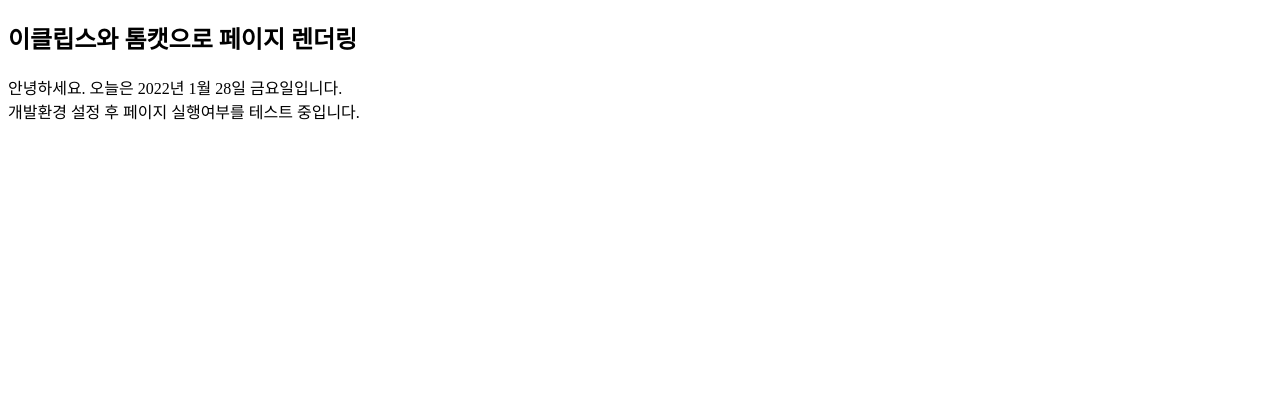
Repository: dev-leeJin/jsp-practice
Page: http://localhost/JSPBasic/Hello.jsp
An editor plug-in stored every save of this project. The page is shown before and after the next save, followed by the edit.
The browser window is 1280 px wide. The pictures show the whole page.
The page is served by Tomcat 9.

Above is the page before, as saved 2022-01-28 02:06:32.

### JSPBasic/src/main/webapp/Hello.jsp
<%@ page language="java" contentType="text/html; charset=UTF-8"
    pageEncoding="UTF-8"%>
<!DOCTYPE html>
<html>
<head>
<meta charset="UTF-8">
<title>JSP 1일차 공부</title>
</head>
<body>
	<h2>이클립스와 톰캣으로 페이지 렌더링</h2>
	<p>
		안녕하세요. 오늘은 2022년 1월 28일 금요일입니다.<br/>
		개발환경 설정 후 페이지 실행여부를 테스트 중입니다.
	</p>
</body>
</html>

After the next save:
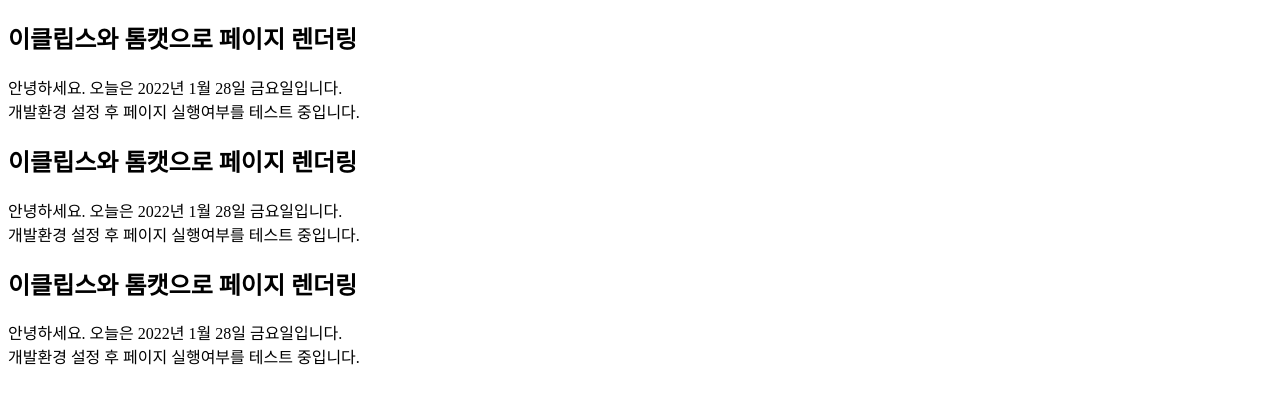
Saved 6 min 10 s later.
--- a/JSPBasic/src/main/webapp/Hello.jsp
+++ b/JSPBasic/src/main/webapp/Hello.jsp
@@ -3,14 +3,21 @@
 <!DOCTYPE html>
 <html>
 <head>
+	<script>
+		// 자바스크립트를 중간에 이렇게 삽입 했었듯이 스크립트릿도 똑같이 한다.
+	</script>
 <meta charset="UTF-8">
 <title>JSP 1일차 공부</title>
 </head>
 <body>
+	<!-- JSP에서는 스크립트릿이라는 태그를 이용해서
+	JS의 script태그처럼 내부에 자바 구문을 작성할 수 있습니다. -->
+	<% for(int i=0; i<3; i++){ %>
 	<h2>이클립스와 톰캣으로 페이지 렌더링</h2>
 	<p>
 		안녕하세요. 오늘은 2022년 1월 28일 금요일입니다.<br/>
 		개발환경 설정 후 페이지 실행여부를 테스트 중입니다.
 	</p>
+	<% } %>
 </body>
 </html>
